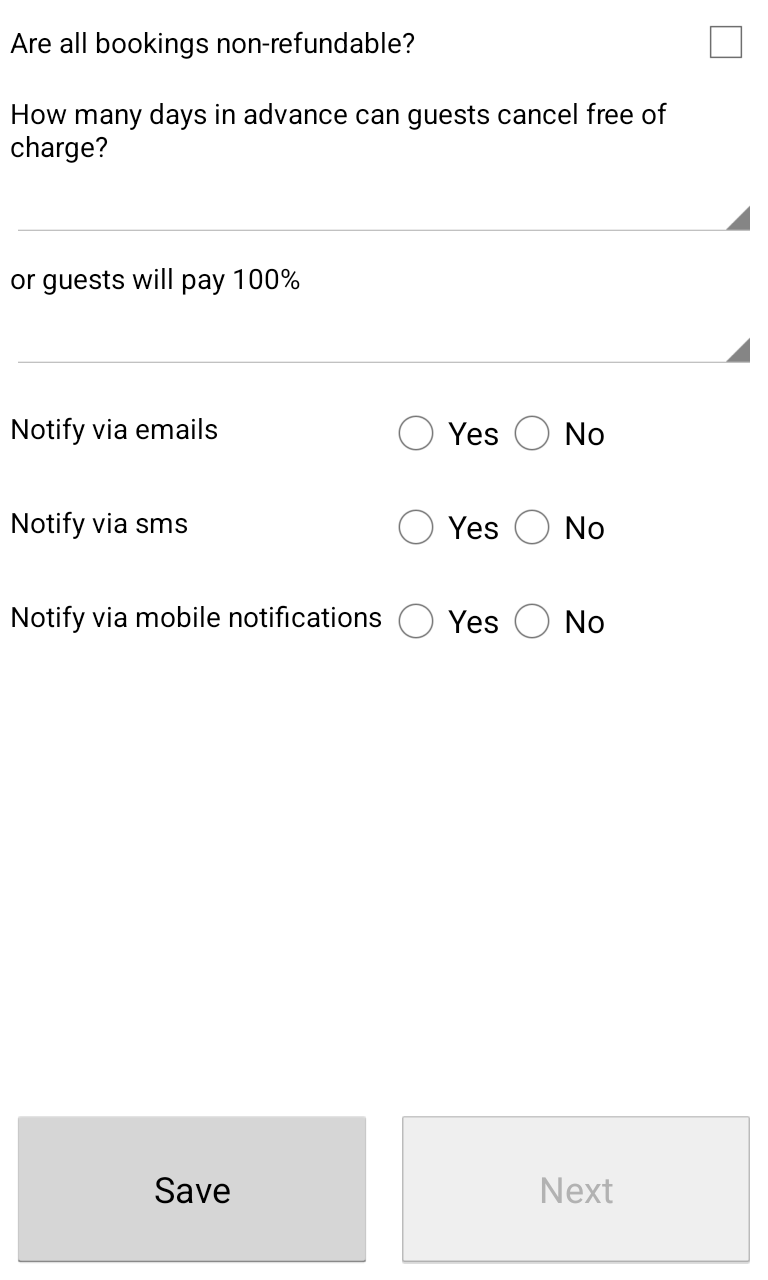
Repository: pankajk7/hotel_mockup
Layout: Hotel_MockUp/res/layout/cancellation_policy_layout.xml
These files come from the project's save history. The layout is drawn as it stood at one moment and after the next save; the edit follows.
It is drawn on a 768 x 1280 px phone screen (xhdpi) without system bars, with theme AppTheme; the app's code is not run.

Above is the layout before, as saved 2014-11-05 08:51:10.

### Hotel_MockUp/res/layout/cancellation_policy_layout.xml
<?xml version="1.0" encoding="utf-8"?>
<LinearLayout xmlns:android="http://schemas.android.com/apk/res/android"
    android:layout_width="fill_parent"
    android:layout_height="fill_parent"
    android:background="#fff"
    android:orientation="vertical" >

    <ScrollView
        android:layout_width="match_parent"
        android:layout_height="match_parent"
        android:layout_weight="1" >

        <LinearLayout
            android:layout_width="match_parent"
            android:layout_height="match_parent"
            android:orientation="vertical" >

            <LinearLayout
                android:layout_width="match_parent"
                android:layout_height="wrap_content"
                android:layout_margin="5dp"
                android:layout_weight="0"
                android:orientation="horizontal" >

                <TextView
                    style="@style/textviewstyle"
                    android:layout_width="match_parent"
                    android:layout_height="match_parent"
                    android:layout_weight="2.5"
                    android:gravity="center_vertical|left"
                    android:text="Are all bookings non-refundable?"
                    android:textSize="14dp" />

                <CheckBox
                    android:id="@+id/checkbox_cancellation_policy_nonRefundable"
                    android:layout_width="wrap_content"
                    android:layout_height="wrap_content"
                    android:layout_marginLeft="5dp" />
            </LinearLayout>

            <LinearLayout
                android:layout_width="match_parent"
                android:layout_height="wrap_content"
                android:layout_margin="5dp"
                android:layout_weight="0"
                android:orientation="vertical" >

                <TextView
                    style="@style/textviewstyle"
                    android:layout_width="match_parent"
                    android:layout_height="match_parent"
                    android:layout_weight="2.5"
                    android:gravity="center_vertical|left"
                    android:text="How many days in advance can guests cancel free of charge?"
                    android:textSize="14dp" />

                <Spinner
                    android:id="@+id/spinner_cancelllation_policy_days"
                    android:layout_width="match_parent"
                    android:layout_height="wrap_content"
                    android:layout_marginTop="5dp"
                    android:prompt="@string/condition_prompt" />
            </LinearLayout>

            <LinearLayout
                android:layout_width="match_parent"
                android:layout_height="wrap_content"
                android:layout_margin="5dp"
                android:layout_weight="0"
                android:orientation="vertical" >

                <TextView
                    style="@style/textviewstyle"
                    android:layout_width="match_parent"
                    android:layout_height="match_parent"
                    android:layout_weight="2.5"
                    android:gravity="center_vertical|left"
                    android:text="or guests will pay 100%"
                    android:textSize="14dp" />

                <Spinner
                    android:id="@+id/spinner_cancelllation_policy_condition"
                    android:layout_width="match_parent"
                    android:layout_height="wrap_content"
                    android:layout_marginTop="5dp" />
            </LinearLayout>

            <LinearLayout
                android:layout_width="match_parent"
                android:layout_height="wrap_content"
                android:layout_margin="5dp"
                android:layout_weight="0"
                android:orientation="horizontal" >

                <TextView
                    style="@style/textviewstyle"
                    android:layout_width="match_parent"
                    android:layout_height="match_parent"
                    android:layout_weight="1"
                    android:gravity="center_vertical|left"
                    android:text="Notify via emails"
                    android:textSize="14dp" />

                <RadioGroup
                    android:id="@+id/radioGroup_cancellationPolicy_email"
                    android:layout_width="match_parent"
                    android:layout_height="wrap_content"
                    android:layout_marginTop="5dp"
                    android:layout_weight="1"
                    android:orientation="horizontal" >

                    <RadioButton
                        android:id="@+id/radiobutton_cancellation_policy_emailYes"
                        android:layout_width="wrap_content"
                        android:layout_height="wrap_content"
                        android:text="Yes" />

                    <RadioButton
                        android:id="@+id/radiobutton_cancellation_policy_emailNo"
                        android:layout_width="wrap_content"
                        android:layout_height="wrap_content"
                        android:text="No" />
                </RadioGroup>
            </LinearLayout>

            <LinearLayout
                android:layout_width="match_parent"
                android:layout_height="wrap_content"
                android:layout_margin="5dp"
                android:layout_weight="0"
                android:orientation="horizontal" >

                <TextView
                    style="@style/textviewstyle"
                    android:layout_width="match_parent"
                    android:layout_height="match_parent"
                    android:layout_weight="1"
                    android:gravity="center_vertical|left"
                    android:text="Notify via sms"
                    android:textSize="14dp" />

                <RadioGroup
                    android:id="@+id/radioGroup_cancellationPolicy_sms"
                    android:layout_width="match_parent"
                    android:layout_height="wrap_content"
                    android:layout_marginTop="5dp"
                    android:layout_weight="1"
                    android:orientation="horizontal" >

                    <RadioButton
                        android:id="@+id/radiobutton_cancellation_policy_smsYes"
                        android:text="Yes" />

                    <RadioButton
                        android:id="@+id/radiobutton_cancellation_policy_smsNo"
                        android:text="No" />
                </RadioGroup>
            </LinearLayout>

            <LinearLayout
                android:layout_width="match_parent"
                android:layout_height="wrap_content"
                android:layout_margin="5dp"
                android:layout_weight="0"
                android:orientation="horizontal" >

                <TextView
                    style="@style/textviewstyle"
                    android:layout_width="match_parent"
                    android:layout_height="match_parent"
                    android:layout_weight="1"
                    android:gravity="center_vertical|left"
                    android:text="Notify via mobile notifications"
                    android:textSize="14dp" />

                <RadioGroup
                    android:id="@+id/radioGroup_cancellationPolicy_notification"
                    android:layout_width="match_parent"
                    android:layout_height="wrap_content"
                    android:layout_marginTop="5dp"
                    android:layout_weight="1"
                    android:orientation="horizontal" >

                    <RadioButton
                        android:id="@+id/radiobutton_cancellation_policy_notificationYes"
                        android:text="Yes" />

                    <RadioButton
                        android:id="@+id/radiobutton_cancellation_policy_notificationNo"
                        android:text="No" />
                </RadioGroup>
            </LinearLayout>
        </LinearLayout>
    </ScrollView>

    <LinearLayout
        android:layout_width="match_parent"
        android:layout_height="match_parent"
        android:layout_weight="6"
        android:gravity="center"
        android:orientation="horizontal" >

        <Button
            android:id="@+id/button_cancellation_policy_save"
            android:layout_width="match_parent"
            android:layout_height="match_parent"
            android:layout_margin="5dp"
            android:layout_weight="1"
            android:text="Save" />

        <Button
            android:id="@+id/button_cancellation_policy_next"
            android:layout_width="match_parent"
            android:layout_height="match_parent"
            android:layout_margin="5dp"
            android:layout_weight="1"
            android:enabled="false"
            android:text="Next" />
    </LinearLayout>

</LinearLayout>

### Hotel_MockUp/res/values/styles.xml
<resources xmlns:android="http://schemas.android.com/apk/res/android">

    <!--
        Base application theme, dependent on API level. This theme is replaced
        by AppBaseTheme from res/values-vXX/styles.xml on newer devices.
    -->
    <style name="AppBaseTheme" parent="@android:style/Theme.Holo.Light">
        <!--
            Theme customizations available in newer API levels can go in
            res/values-vXX/styles.xml, while customizations related to
            backward-compatibility can go here.
        -->
    </style>

    <!-- Application theme. -->
    <style name="AppTheme" parent="@android:style/Theme.Holo.Light">
        <!-- All customizations that are NOT specific to a particular API-level can go here. -->
    </style>

    <style name="edittextstyle" parent="AppBaseTheme">
        <item name="android:background">@drawable/edittext_background</item>
        <item name="android:textColor">#000</item>
        <item name="android:padding">5dp</item>
    </style>

    <style name="textviewstyle" parent="AppBaseTheme">
        <item name="android:textColor">#000</item>
    </style>

</resources>

### Hotel_MockUp/res/values/strings.xml
<?xml version="1.0" encoding="utf-8"?>
<resources>

    <string name="app_name">Hotel MockUp</string>
    <string name="hello_world">Hello world!</string>
    <string name="title_activity_base">BaseActivity</string>
    <string name="steps">Steps %1$d of 4</string>
    <string name="primaryEmail">Primary Email*</string>
    <string name="name">Name*</string>
    <string name="zipcode">ZipCode*</string>
    <string name="city">City*</string>
    <string name="address">Address*</string>
    <string name="map">Map</string>
    <string name="landmark1">LandMark 1*</string>
    <string name="landmark2">LandMark 2</string>
    <string name="website">Website</string>
    <string name="checkin">Check in Time</string>
    <string name="checkout">Check out Time</string>
    <string name="cutoff">Cut off Time</string>
    <string name="sameday">Same Day</string>
    <string name="days">Days</string>
    <string name="totalroom">Total no. of rooms</string>
    <string name="facilities">Select Facilities</string>
    <string name="Description">Description</string>
    <string name="twitterlink">Twitter Link</string>
    <string name="facebooklink">Facebook Link</string>
    <string name="title_activity_information">InformationActivity</string>
    <string name="primary_contact_information">Primary Contact Information</string>
    <string name="primary_landline">Landline No.</string>
    <string name="primary_mobile">Mobile No.</string>
    <string name="primary_email">Email</string>
    <string name="billing_landline">LandLine No.</string>
    <string name="billing_mobile">Mobile No.</string>
    <string name="billing_email">mobile</string>
    <string name="owner_landline">LandLine No.</string>
    <string name="owner_mobile">Mobile No.</string>
    <string name="owner_email">mobile</string>
    <string name="billing_contact_information">Billing Contact Information</string>
    <string name="owner_contact_information">Owner Contact Information</string>
    <string name="title_activity_image">ImageActivity</string>
    <string name="title_activity_cancellation_policy">CancellationPolicyActivity</string>

    <string-array name="Days">
        <item>Day of arrival (Check in time)</item>
        <item>day 1</item>
        <item>day 2</item>
        <item>day 3</item>
        <item>day 7</item>
        <item>day 14</item>
    </string-array>
    <string-array name="Condition">
        <item>of the first night</item>
        <item>of the full stay</item>
    </string-array>

    <string name="condition_prompt">Select Days</string>

    <string name="title_activity_login">LoginActivity</string>

</resources>

### Hotel_MockUp/res/values-v11/styles.xml
<resources>

    <!--
        Base application theme for API 11+. This theme completely replaces
        AppBaseTheme from res/values/styles.xml on API 11+ devices.
    -->
    <style name="AppBaseTheme" parent="">
        <!-- API 11 theme customizations can go here. -->
    </style>

</resources>

### Hotel_MockUp/res/values-v14/styles.xml
<resources>

    <!--
        Base application theme for API 14+. This theme completely replaces
        AppBaseTheme from BOTH res/values/styles.xml and
        res/values-v11/styles.xml on API 14+ devices.
    -->
    <style name="AppBaseTheme" parent="">
        <!-- API 14 theme customizations can go here. -->
    </style>

</resources>

After the next save:
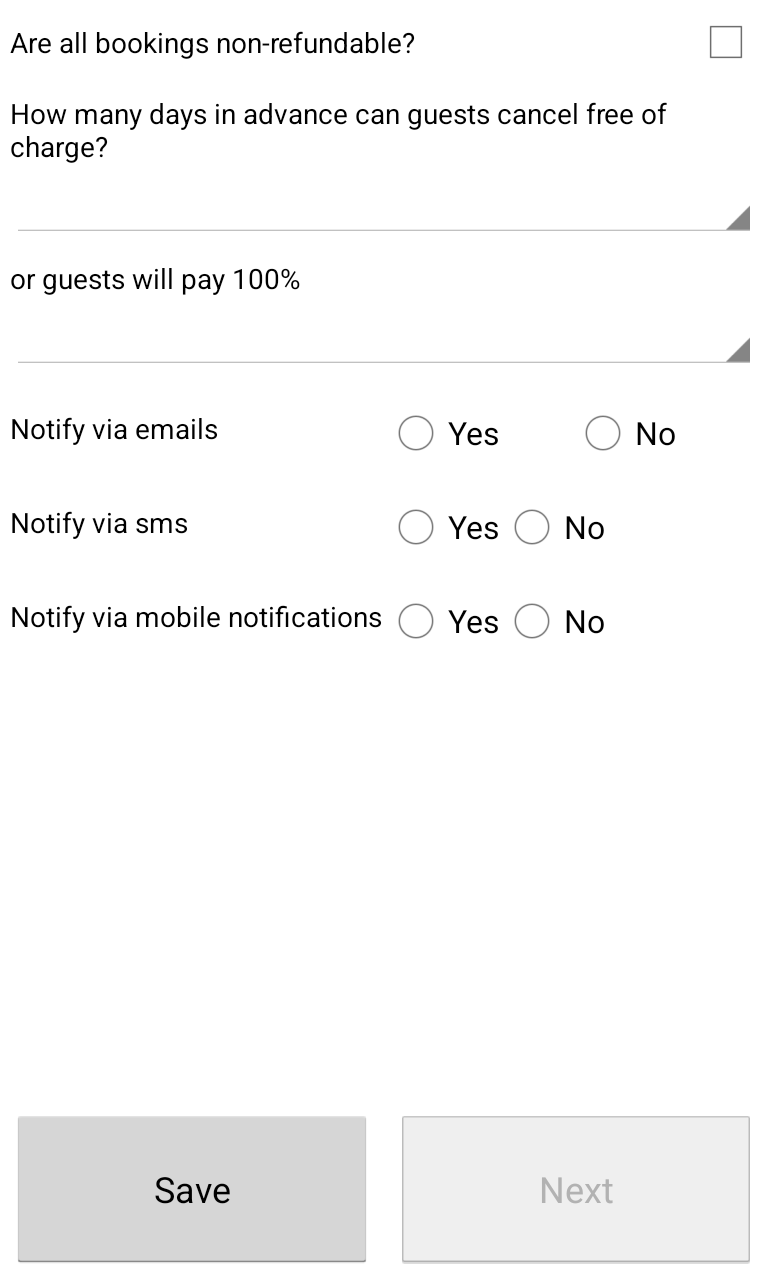
Saved 3 min 48 s later.
--- a/Hotel_MockUp/res/layout/cancellation_policy_layout.xml
+++ b/Hotel_MockUp/res/layout/cancellation_policy_layout.xml
@@ -111,14 +111,16 @@
 
                     <RadioButton
                         android:id="@+id/radiobutton_cancellation_policy_emailYes"
-                        android:layout_width="wrap_content"
+                        android:layout_width="match_parent"
                         android:layout_height="wrap_content"
+                        android:layout_weight="1"
                         android:text="Yes" />
 
                     <RadioButton
                         android:id="@+id/radiobutton_cancellation_policy_emailNo"
-                        android:layout_width="wrap_content"
+                        android:layout_width="match_parent"
                         android:layout_height="wrap_content"
+                        android:layout_weight="1"
                         android:text="No" />
                 </RadioGroup>
             </LinearLayout>

After the save that followed:
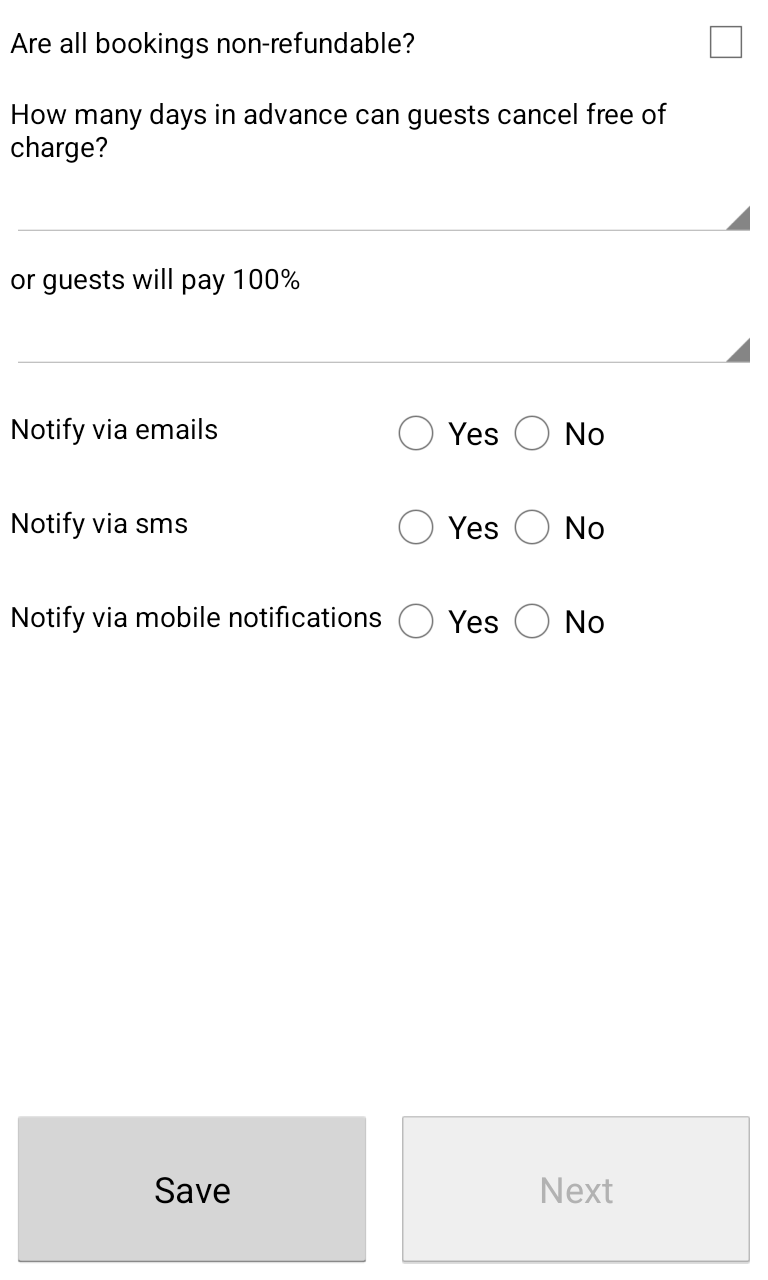
Saved 4 min 46 s later.
--- a/Hotel_MockUp/res/layout/cancellation_policy_layout.xml
+++ b/Hotel_MockUp/res/layout/cancellation_policy_layout.xml
@@ -111,16 +111,14 @@
 
                     <RadioButton
                         android:id="@+id/radiobutton_cancellation_policy_emailYes"
-                        android:layout_width="match_parent"
+                        android:layout_width="wrap_content"
                         android:layout_height="wrap_content"
-                        android:layout_weight="1"
                         android:text="Yes" />
 
                     <RadioButton
                         android:id="@+id/radiobutton_cancellation_policy_emailNo"
-                        android:layout_width="match_parent"
+                        android:layout_width="wrap_content"
                         android:layout_height="wrap_content"
-                        android:layout_weight="1"
                         android:text="No" />
                 </RadioGroup>
             </LinearLayout>
